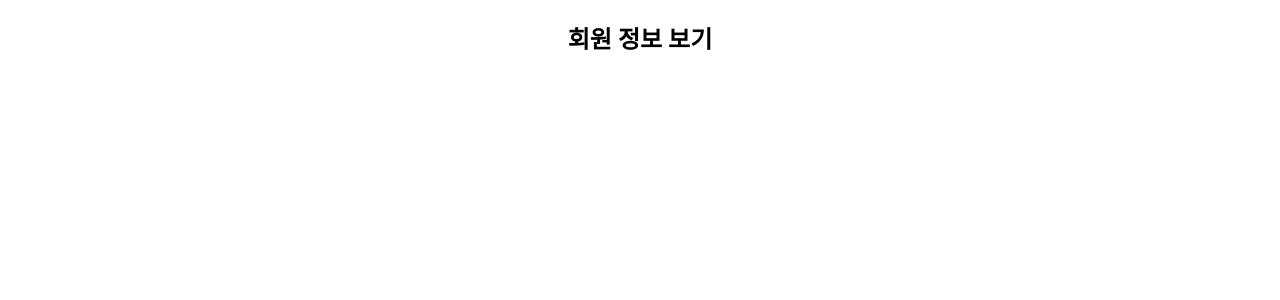
Repository: kdw1437/CreateBoardProject
Page: http://localhost/DataBase/MemberInfo.jsp
These files come from the project's save history. The page is drawn as it stood at one moment and after the next save; the edit follows.
The browser window is 1280 px wide. The pictures show the whole page.
The page is served by Tomcat 9. Queries for data that is not in the repository find no rows.

Above is the page before, as saved 2024-08-06 08:34:24.

After the next save:
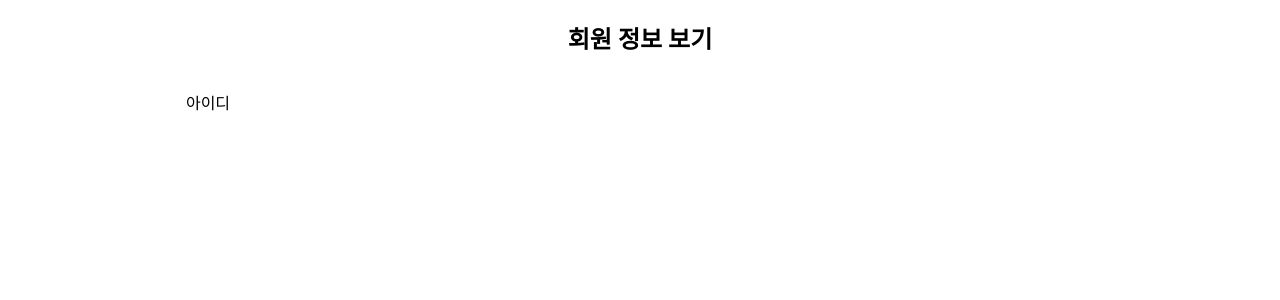
Saved 41 s later.
--- a/DataBase/src/main/webapp/MemberInfo.jsp
+++ b/DataBase/src/main/webapp/MemberInfo.jsp
@@ -23,6 +23,11 @@
 <Center>
 <h2> 회원 정보 보기 </h2>
 </Center>
-	<table width="400" borders="1"></table>
+	<table width="400" borders="1">
+	<tr height="50">
+		<td align="center" width="150">아이디</td>
+
+
+	</table>
 </body>
 </html>
